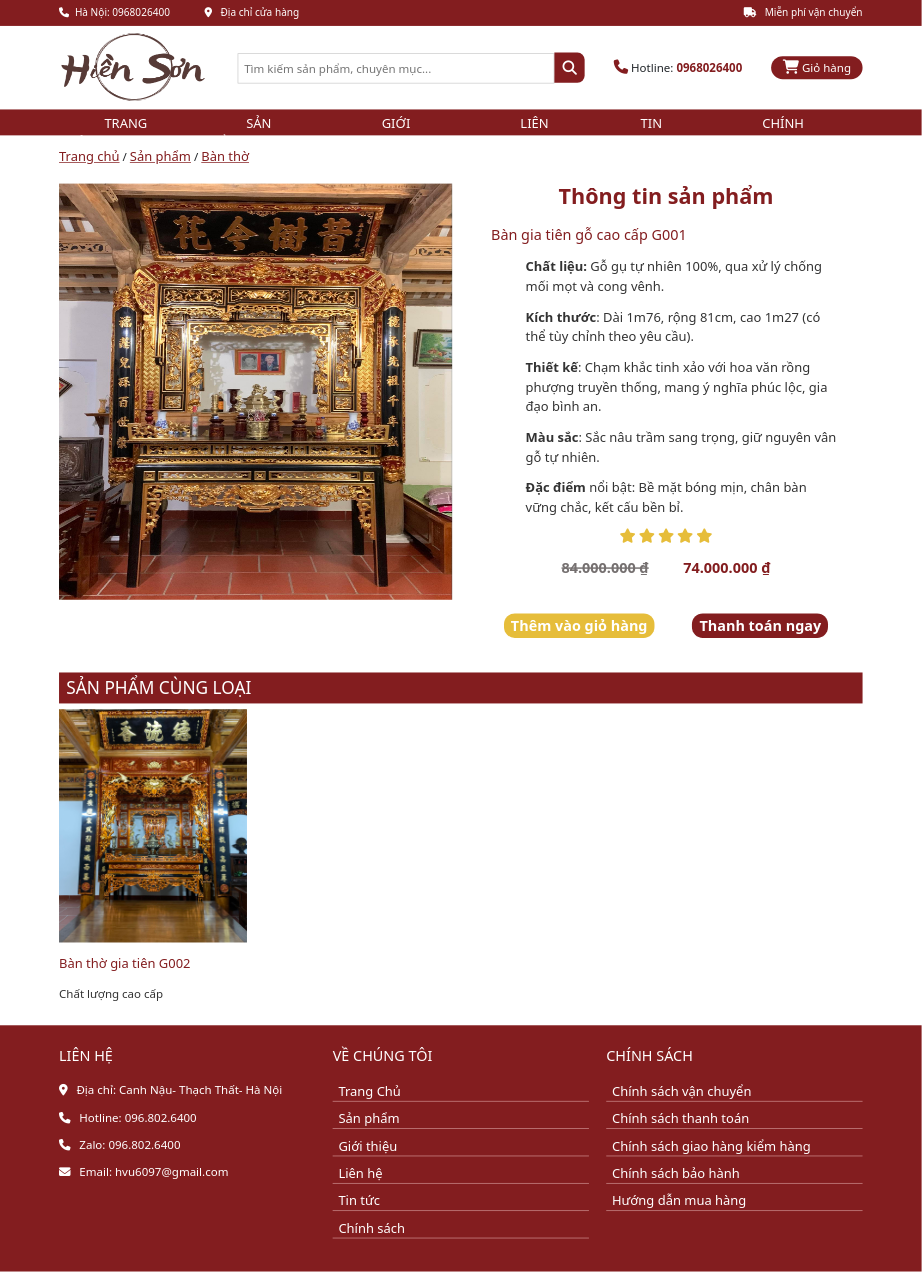
Repository: hoang28092000/do_go_hien_son
Page: product_details/ban_tho-g001.html
The author's editor kept a copy of each file at every save. The page is drawn from the files as they stood at one save, then again after the next save.
The browser window is 1280 px wide. The pictures show the whole page, at 72% of full size.
Some web libraries are served in a nearby version.

Above is the page before, as saved 2024-08-10 20:58:24.

After the next save:
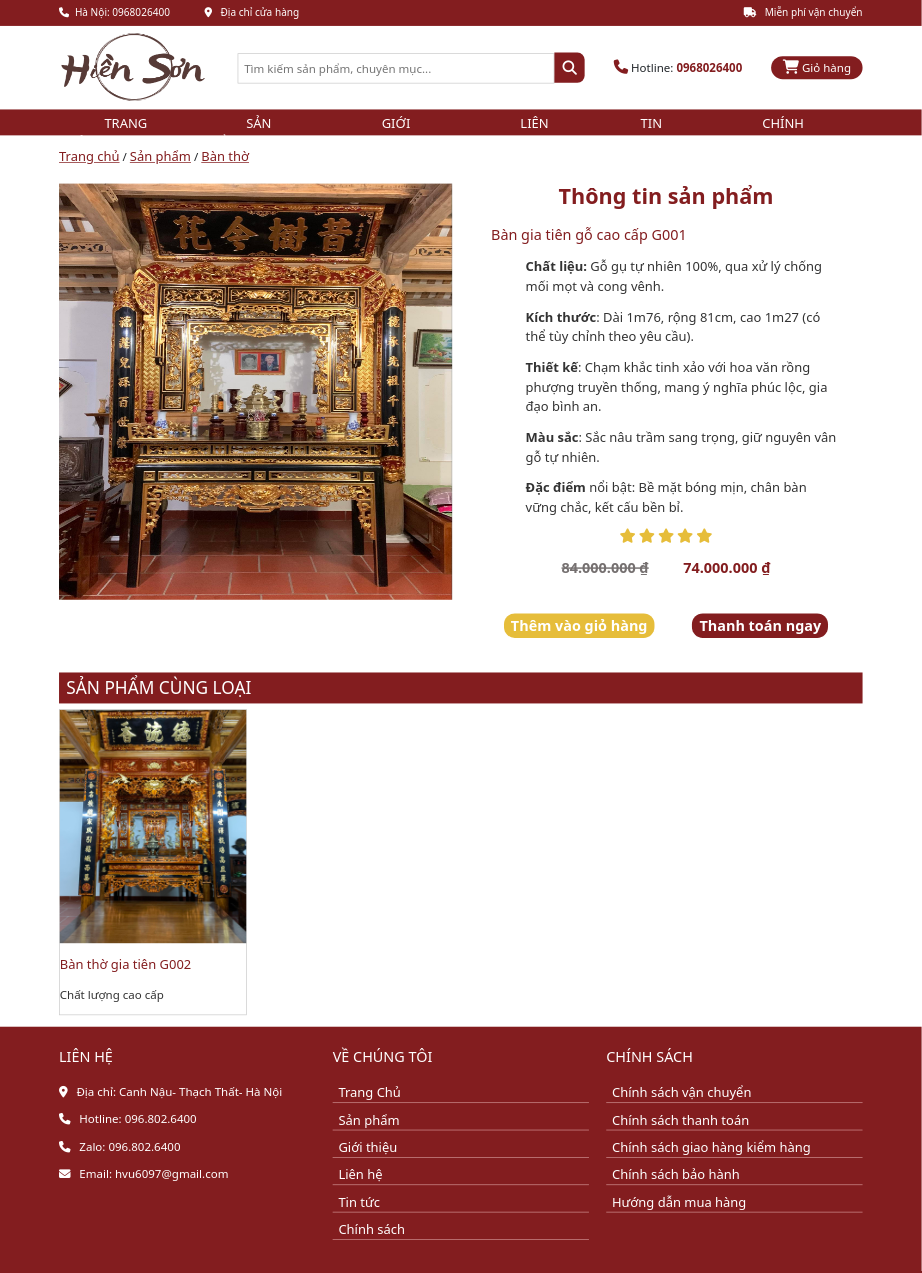
Saved 4 s later.
--- a/asset/style.css
+++ b/asset/style.css
@@ -534,7 +534,7 @@
     text-decoration: none;
 }
  .main-product_details .card-pd{
-    border-radius: 1px solid #ccc;
+    border: 1px solid #ccc;
 
  }
  .main-product_details .card-pd .img-relate{
